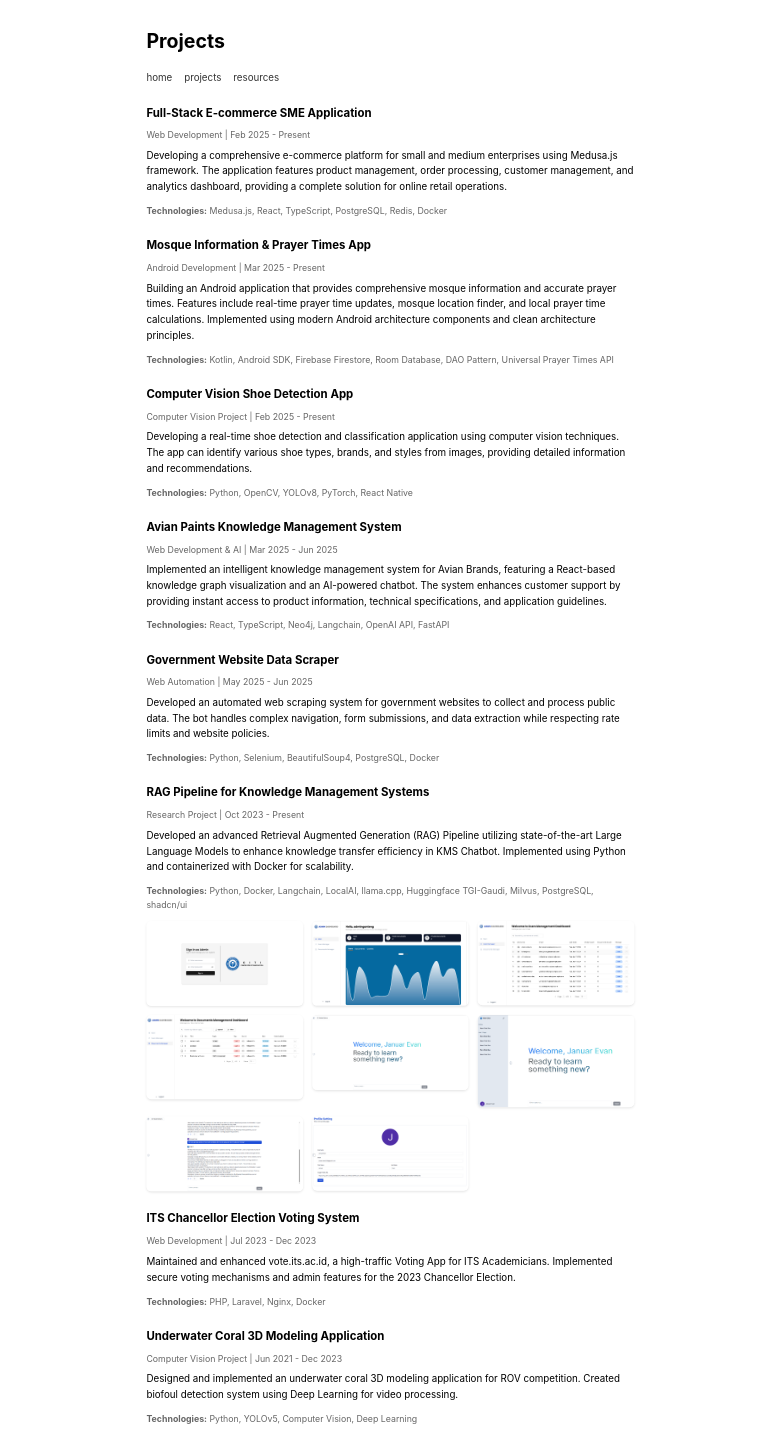
Repository: fadhilrp/fadhilrp.github.io
Page: pages/projects.html
These files come from the project's save history. The page is drawn as it stood at one moment and after the next save; the edit follows.
The browser window is 1280 px wide. The pictures show the whole page, at 61% of full size.

Above is the page before, as saved 2025-05-20 18:43:13.

### pages/projects.html
<!DOCTYPE html>
<html lang="en">
    <head>
        <meta charset="utf-8" />
        <meta name="viewport" content="width=device-width, initial-scale=1.0"/>
        <title>Projects - Moh. Fadhil Rasyidin Parinduri</title>
        <style>
            body {
                font-family: -apple-system, BlinkMacSystemFont, 'Segoe UI', Roboto, sans-serif;
                line-height: 1.6;
                max-width: 800px;
                margin: 0 auto;
                padding: 20px;
            }
            nav {
                margin: 20px 0;
            }
            nav a {
                margin-right: 15px;
                text-decoration: none;
                color: #333;
            }
            .section {
                margin: 30px 0;
            }
            .project {
                margin-bottom: 30px;
            }
            .project h3 {
                margin-bottom: 10px;
            }
            .project-meta {
                color: #666;
                font-size: 0.9em;
                margin-bottom: 10px;
            }
            .project-description {
                margin-bottom: 15px;
            }
            .tech-stack {
                font-size: 0.9em;
                color: #666;
            }
            .project-gallery {
                display: grid;
                grid-template-columns: repeat(auto-fit, minmax(250px, 1fr));
                gap: 15px;
                margin-top: 15px;
            }
            .project-gallery img {
                width: 100%;
                height: auto;
                border-radius: 8px;
                box-shadow: 0 2px 4px rgba(0,0,0,0.1);
            }
        </style>
    </head>
    <body>
        <h1>Projects</h1>

        <nav>
            <a href="../index.html">home</a>
            <a href="projects.html">projects</a>
            <a href="resources.html">resources</a>
        </nav>

        <div class="section">
            <div class="project">
                <h3>Full-Stack E-commerce SME Application</h3>
                <div class="project-meta">Web Development | Feb 2025 - Present</div>
                <div class="project-description">
                    Developing a comprehensive e-commerce platform for small and medium enterprises using Medusa.js framework. The application features product management, order processing, customer management, and analytics dashboard, providing a complete solution for online retail operations.
                </div>
                <div class="tech-stack">
                    <strong>Technologies:</strong> Medusa.js, React, TypeScript, PostgreSQL, Redis, Docker
                </div>
            </div>

            <div class="project">
                <h3>Mosque Information & Prayer Times App</h3>
                <div class="project-meta">Android Development | Mar 2025 - Present</div>
                <div class="project-description">
                    Building an Android application that provides comprehensive mosque information and accurate prayer times. Features include real-time prayer time updates, mosque location finder, and local prayer time calculations. Implemented using modern Android architecture components and clean architecture principles.
                </div>
                <div class="tech-stack">
                    <strong>Technologies:</strong> Kotlin, Android SDK, Firebase Firestore, Room Database, DAO Pattern, Universal Prayer Times API
                </div>
            </div>

            <div class="project">
                <h3>Computer Vision Shoe Detection App</h3>
                <div class="project-meta">Computer Vision Project | Feb 2025 - Present</div>
                <div class="project-description">
                    Developing a real-time shoe detection and classification application using computer vision techniques. The app can identify various shoe types, brands, and styles from images, providing detailed information and recommendations.
                </div>
                <div class="tech-stack">
                    <strong>Technologies:</strong> Python, OpenCV, YOLOv8, PyTorch, React Native
                </div>
            </div>

            <div class="project">
                <h3>Avian Paints Knowledge Management System</h3>
                <div class="project-meta">Web Development & AI | Mar 2025 - Jun 2025</div>
                <div class="project-description">
                    Implemented an intelligent knowledge management system for Avian Brands, featuring a React-based knowledge graph visualization and an AI-powered chatbot. The system enhances customer support by providing instant access to product information, technical specifications, and application guidelines.
                </div>
                <div class="tech-stack">
                    <strong>Technologies:</strong> React, TypeScript, Neo4j, Langchain, OpenAI API, FastAPI
                </div>
            </div>

            <div class="project">
                <h3>Government Website Data Scraper</h3>
                <div class="project-meta">Web Automation | May 2025 - Jun 2025</div>
                <div class="project-description">
                    Developed an automated web scraping system for government websites to collect and process public data. The bot handles complex navigation, form submissions, and data extraction while respecting rate limits and website policies.
                </div>
                <div class="tech-stack">
                    <strong>Technologies:</strong> Python, Selenium, BeautifulSoup4, PostgreSQL, Docker
                </div>
            </div>

            <div class="project">
                <h3>RAG Pipeline for Knowledge Management Systems</h3>
                <div class="project-meta">Research Project | Oct 2023 - Present</div>
                <div class="project-description">
                    Developed an advanced Retrieval Augmented Generation (RAG) Pipeline utilizing state-of-the-art Large Language Models to enhance knowledge transfer efficiency in KMS Chatbot. Implemented using Python and containerized with Docker for scalability.
                </div>
                <div class="tech-stack">
                    <strong>Technologies:</strong> Python, Docker, Langchain, LocalAI, llama.cpp, Huggingface TGI-Gaudi, Milvus, PostgreSQL, shadcn/ui
                </div>
                <div class="project-gallery">
                    <img src="../img/Screenshot from 2025-05-20 18-38-09.png" alt="RAG Pipeline Screenshot 1">
                    <img src="../img/Screenshot from 2025-05-20 18-38-13.png" alt="RAG Pipeline Screenshot 2">
                    <img src="../img/Screenshot from 2025-05-20 18-38-23.png" alt="RAG Pipeline Screenshot 3">
                    <img src="../img/Screenshot from 2025-05-20 18-38-30.png" alt="RAG Pipeline Screenshot 4">
                    <img src="../img/Screenshot from 2025-05-20 18-38-37.png" alt="RAG Pipeline Screenshot 5">
                    <img src="../img/Screenshot from 2025-05-20 18-38-46.png" alt="RAG Pipeline Screenshot 6">
                    <img src="../img/Screenshot from 2025-05-20 18-38-55.png" alt="RAG Pipeline Screenshot 7">
                    <img src="../img/Screenshot from 2025-05-20 18-39-18.png" alt="RAG Pipeline Screenshot 8">
                </div>
            </div>

            <div class="project">
                <h3>ITS Chancellor Election Voting System</h3>
                <div class="project-meta">Web Development | Jul 2023 - Dec 2023</div>
                <div class="project-description">
                    Maintained and enhanced vote.its.ac.id, a high-traffic Voting App for ITS Academicians. Implemented secure voting mechanisms and admin features for the 2023 Chancellor Election.
                </div>
                <div class="tech-stack">
                    <strong>Technologies:</strong> PHP, Laravel, Nginx, Docker
                </div>
            </div>

            <div class="project">
                <h3>Underwater Coral 3D Modeling Application</h3>
                <div class="project-meta">Computer Vision Project | Jun 2021 - Dec 2023</div>
                <div class="project-description">
                    Designed and implemented an underwater coral 3D modeling application for ROV competition. Created biofoul detection system using Deep Learning for video processing.
                </div>
                <div class="tech-stack">
                    <strong>Technologies:</strong> Python, YOLOv5, Computer Vision, Deep Learning
                </div>
            </div>
        </div>
    </body>
</html>

After the next save:
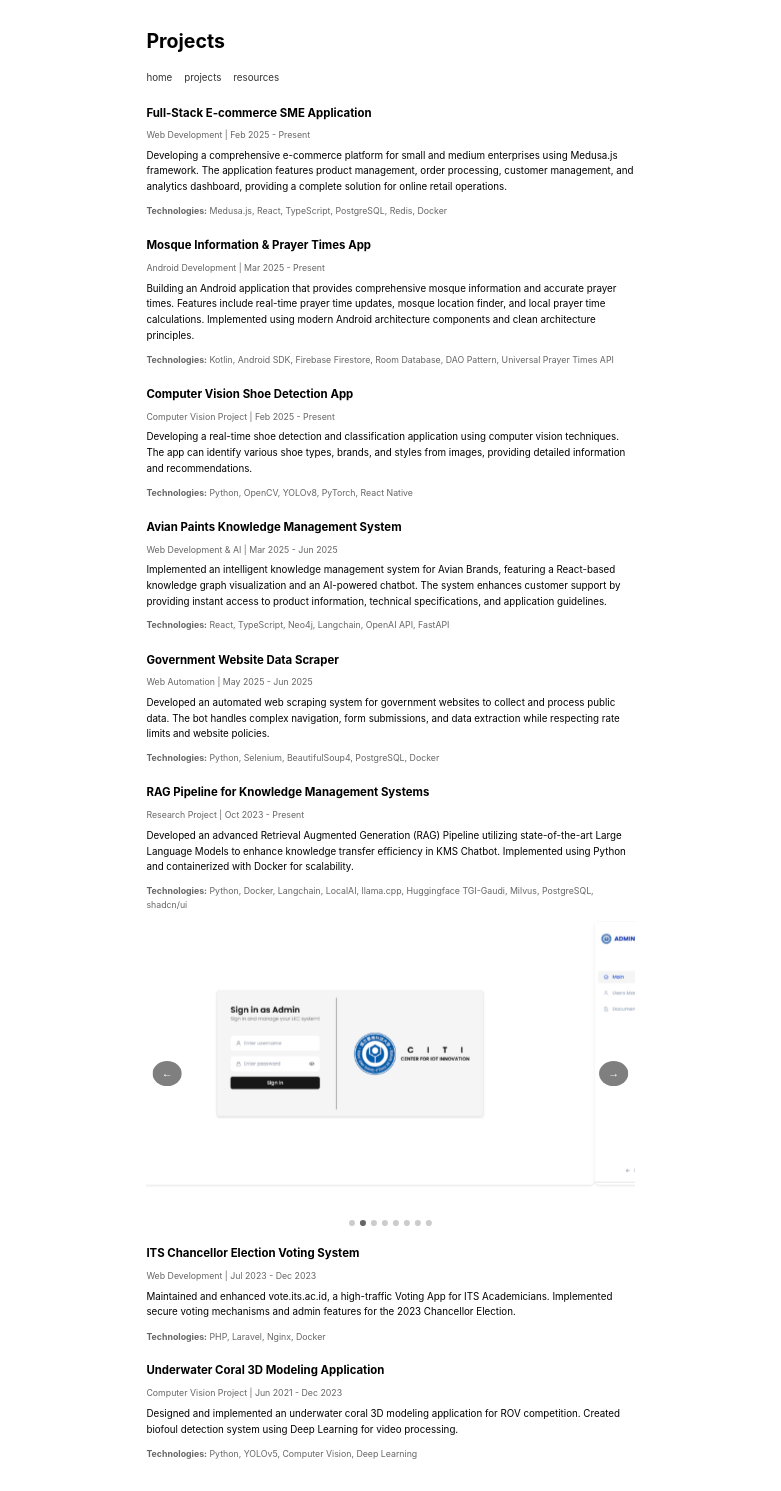
Saved 2 min 3 s later.
--- a/pages/projects.html
+++ b/pages/projects.html
@@ -42,16 +42,62 @@
                 color: #666;
             }
             .project-gallery {
-                display: grid;
-                grid-template-columns: repeat(auto-fit, minmax(250px, 1fr));
-                gap: 15px;
+                position: relative;
+                width: 100%;
                 margin-top: 15px;
-            }
-            .project-gallery img {
+                overflow: hidden;
+            }
+            .carousel-container {
+                display: flex;
+                transition: transform 0.5s ease-in-out;
+            }
+            .carousel-slide {
+                min-width: 100%;
+                height: auto;
+            }
+            .carousel-slide img {
                 width: 100%;
                 height: auto;
                 border-radius: 8px;
                 box-shadow: 0 2px 4px rgba(0,0,0,0.1);
+            }
+            .carousel-button {
+                position: absolute;
+                top: 50%;
+                transform: translateY(-50%);
+                background: rgba(0, 0, 0, 0.5);
+                color: white;
+                border: none;
+                padding: 10px 15px;
+                cursor: pointer;
+                border-radius: 50%;
+                font-size: 18px;
+                z-index: 2;
+            }
+            .carousel-button:hover {
+                background: rgba(0, 0, 0, 0.7);
+            }
+            .carousel-prev {
+                left: 10px;
+            }
+            .carousel-next {
+                right: 10px;
+            }
+            .carousel-dots {
+                display: flex;
+                justify-content: center;
+                gap: 8px;
+                margin-top: 10px;
+            }
+            .carousel-dot {
+                width: 10px;
+                height: 10px;
+                border-radius: 50%;
+                background: #ccc;
+                cursor: pointer;
+            }
+            .carousel-dot.active {
+                background: #666;
             }
         </style>
     </head>
@@ -130,14 +176,35 @@
                     <strong>Technologies:</strong> Python, Docker, Langchain, LocalAI, llama.cpp, Huggingface TGI-Gaudi, Milvus, PostgreSQL, shadcn/ui
                 </div>
                 <div class="project-gallery">
-                    <img src="../img/Screenshot from 2025-05-20 18-38-09.png" alt="RAG Pipeline Screenshot 1">
-                    <img src="../img/Screenshot from 2025-05-20 18-38-13.png" alt="RAG Pipeline Screenshot 2">
-                    <img src="../img/Screenshot from 2025-05-20 18-38-23.png" alt="RAG Pipeline Screenshot 3">
-                    <img src="../img/Screenshot from 2025-05-20 18-38-30.png" alt="RAG Pipeline Screenshot 4">
-                    <img src="../img/Screenshot from 2025-05-20 18-38-37.png" alt="RAG Pipeline Screenshot 5">
-                    <img src="../img/Screenshot from 2025-05-20 18-38-46.png" alt="RAG Pipeline Screenshot 6">
-                    <img src="../img/Screenshot from 2025-05-20 18-38-55.png" alt="RAG Pipeline Screenshot 7">
-                    <img src="../img/Screenshot from 2025-05-20 18-39-18.png" alt="RAG Pipeline Screenshot 8">
+                    <button class="carousel-button carousel-prev">←</button>
+                    <button class="carousel-button carousel-next">→</button>
+                    <div class="carousel-container">
+                        <div class="carousel-slide">
+                            <img src="../img/Screenshot from 2025-05-20 18-38-09.png" alt="RAG Pipeline Screenshot 1">
+                        </div>
+                        <div class="carousel-slide">
+                            <img src="../img/Screenshot from 2025-05-20 18-38-13.png" alt="RAG Pipeline Screenshot 2">
+                        </div>
+                        <div class="carousel-slide">
+                            <img src="../img/Screenshot from 2025-05-20 18-38-23.png" alt="RAG Pipeline Screenshot 3">
+                        </div>
+                        <div class="carousel-slide">
+                            <img src="../img/Screenshot from 2025-05-20 18-38-30.png" alt="RAG Pipeline Screenshot 4">
+                        </div>
+                        <div class="carousel-slide">
+                            <img src="../img/Screenshot from 2025-05-20 18-38-37.png" alt="RAG Pipeline Screenshot 5">
+                        </div>
+                        <div class="carousel-slide">
+                            <img src="../img/Screenshot from 2025-05-20 18-38-46.png" alt="RAG Pipeline Screenshot 6">
+                        </div>
+                        <div class="carousel-slide">
+                            <img src="../img/Screenshot from 2025-05-20 18-38-55.png" alt="RAG Pipeline Screenshot 7">
+                        </div>
+                        <div class="carousel-slide">
+                            <img src="../img/Screenshot from 2025-05-20 18-39-18.png" alt="RAG Pipeline Screenshot 8">
+                        </div>
+                    </div>
+                    <div class="carousel-dots"></div>
                 </div>
             </div>
 
@@ -163,5 +230,59 @@
                 </div>
             </div>
         </div>
+        <script>
+            document.addEventListener('DOMContentLoaded', function() {
+                const carousels = document.querySelectorAll('.project-gallery');
+
+                carousels.forEach(carousel => {
+                    const container = carousel.querySelector('.carousel-container');
+                    const slides = carousel.querySelectorAll('.carousel-slide');
+                    const prevButton = carousel.querySelector('.carousel-prev');
+                    const nextButton = carousel.querySelector('.carousel-next');
+                    const dotsContainer = carousel.querySelector('.carousel-dots');
+
+                    let currentSlide = 0;
+
+                    // Create dots
+                    slides.forEach((_, index) => {
+                        const dot = document.createElement('div');
+                        dot.classList.add('carousel-dot');
+                        if (index === 0) dot.classList.add('active');
+                        dot.addEventListener('click', () => goToSlide(index));
+                        dotsContainer.appendChild(dot);
+                    });
+
+                    const dots = dotsContainer.querySelectorAll('.carousel-dot');
+
+                    function updateDots() {
+                        dots.forEach((dot, index) => {
+                            dot.classList.toggle('active', index === currentSlide);
+                        });
+                    }
+
+                    function goToSlide(index) {
+                        currentSlide = index;
+                        container.style.transform = `translateX(-${currentSlide * 100}%)`;
+                        updateDots();
+                    }
+
+                    prevButton.addEventListener('click', () => {
+                        currentSlide = (currentSlide - 1 + slides.length) % slides.length;
+                        goToSlide(currentSlide);
+                    });
+
+                    nextButton.addEventListener('click', () => {
+                        currentSlide = (currentSlide + 1) % slides.length;
+                        goToSlide(currentSlide);
+                    });
+
+                    // Auto-advance slides every 5 seconds
+                    setInterval(() => {
+                        currentSlide = (currentSlide + 1) % slides.length;
+                        goToSlide(currentSlide);
+                    }, 5000);
+                });
+            });
+        </script>
     </body>
 </html>
